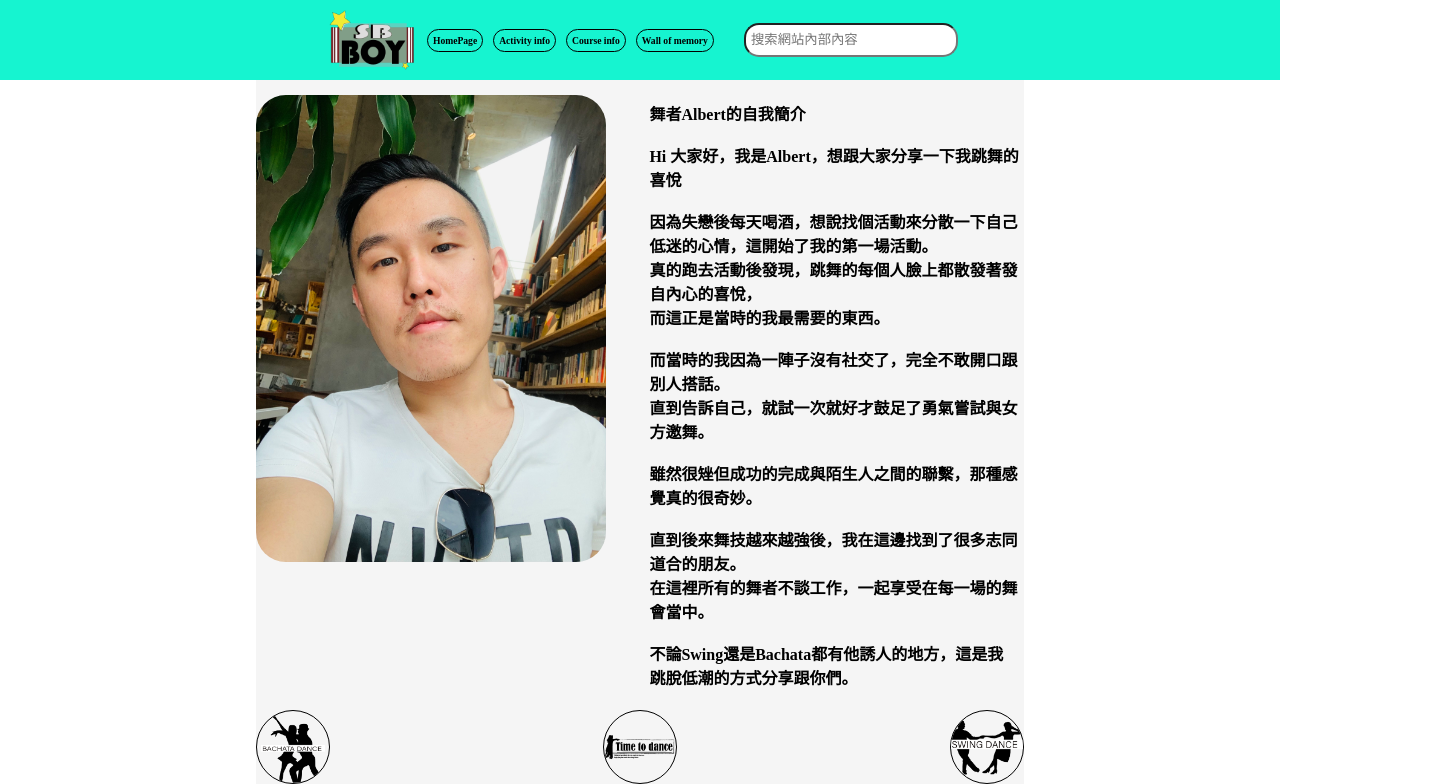
Repository: AlbertKoii/0718_Learning_Javascript
Page: aboutme/aboutme_try.html
These files come from the project's save history. The page is drawn as it stood at one moment and after the next save; the edit follows.
The browser window is 1280 px wide. The page is 1280 px wide, then 1452 px, so the pictures cover 1452 px, including what lies to the right of the window. The pictures show the whole page.

Above is the page before, as saved 2023-07-26 13:43:02.
Not found: aboutme/script.js

### aboutme/aboutme_try.html
<!DOCTYPE html>
<html lang="en">
<head>
    <meta charset="UTF-8">
    <meta name="viewport" content="width=device-width, initial-scale=1.0">
    <link rel="stylesheet" href="aboutme.try.css">
    <title>About me</title>
</head>
<body>
    <!-- 第一層 -->
    <div class="search-bar">
        <img class="logo" src="../img/logo.png" alt="圖片">
        <div class="links">
            <a class="link" href="../index.html">HomePage</a>
            <a class="link" href="./Activity info/ActivityInfo.html">Activity info</a>
            <a class="link" href="./CourseInfo/Courseinfo.html">Course info</a>
            <a class="link" href="./WallOfMemory.html/WallOfMemory.html">Wall of memory</a>
        </div>
        <div class="search">
            <input type="text" placeholder="搜索網站內部內容">
        </div>
    </div>

    <!-- 第二層 -->
    <div class="content">
        <div class="left">
            <img src="../img/Myhead.jpg" alt="個人照片">
        </div>
        <div class="right">
            <p style="font-size: 16px"><b>舞者Albert的自我簡介</b><b>
            <br><br>
            Hi 大家好，我是Albert，想跟大家分享一下我跳舞的喜悅<br>
            <br>
            因為失戀後每天喝酒，想說找個活動來分散一下自己低迷的心情，這開始了我的第一場活動。<br>
            真的跑去活動後發現，跳舞的每個人臉上都散發著發自內心的喜悅，<br>
            而這正是當時的我最需要的東西。<br>
            <br>
            而當時的我因為一陣子沒有社交了，完全不敢開口跟別人搭話。<br>
            直到告訴自己，就試一次就好才鼓足了勇氣嘗試與女方邀舞。<br>
            <br>
            雖然很矬但成功的完成與陌生人之間的聯繫，那種感覺真的很奇妙。<br>
            <br>
            直到後來舞技越來越強後，我在這邊找到了很多志同道合的朋友。<br>
            在這裡所有的舞者不談工作，一起享受在每一場的舞會當中。<br>
            <br>
            不論Swing還是Bachata都有他誘人的地方，這是我跳脫低潮的方式分享跟你們。</b>
            </p>
        </div>
    </div>

    <!-- 第三層 -->
    <div class="Icon">
        <img src="../img/BachataDanceIcon.png" alt="圖片1">
        <img src="../img/DanceIcon_01.png" alt="圖片2">
        <img src="../img/SwingDanceIcon.png" alt="圖片3">
    </div>

    <script src="script.js" defer></script>
</body>
</html>

### aboutme/aboutme.try.css
*{
    position: relative;
    font-family: 微軟正黑體;
}

html, body{
    padding: 0px;
    margin: 0px;

}
/* 第一層樣式 */
.search-bar {
    display: flex;
    align-items: center;
    justify-content:center;
    padding: 10px;
    text-overflow: ellipsis;
    background-color: #16F4D0;
}

.search-bar input {
    width: 200px;
    height: 3vh;
    padding: 5px;
    position: relative;
}
.logo{
    width: 100px;
}
.links {
    font-size: .6em;
    display: flex;
    white-space: nowrap;
}

.link {
    margin: 0 5px;
    padding: 5px;
    cursor: pointer;
    border-radius: 15px;
    border: solid .4px black;
    text-decoration: none;
    color: black;
    font-weight:700
}

.search{
    margin-left: 2%;
}

.search input{
    border-radius: 15px;
    height: 20px;
}
/* 第二層樣式 */
.content {
    display: flex;
    background-color: #f5f5f5;
    text-overflow: ellipsis;
    margin-left:20%;
    margin-right: 20%;
}
.left{
    width: 350px;
    height: auto;
}

.left img {
    width: 350px;
    margin-top: 15px;
    height: auto;
    border-radius: 30px;
}
.right {
    width:fit-content;
    margin-left: 5%;

    }
.right p{
    min-width: 796xp
    border: 1px solid black;
    border-radius: 15px;
    padding: 5px;
}


/* 第三層樣式 */
.Icon {
    display: flex;
    margin-left:20%;
    margin-right: 20%;
    justify-content: space-between;
    background-color: #f5f5f5;
}
.Icon img{
    height: 10vh;
    width: auto;
    padding: auto;
    border: 1px solid black;
    border-radius: 100%;
}

After the next save:
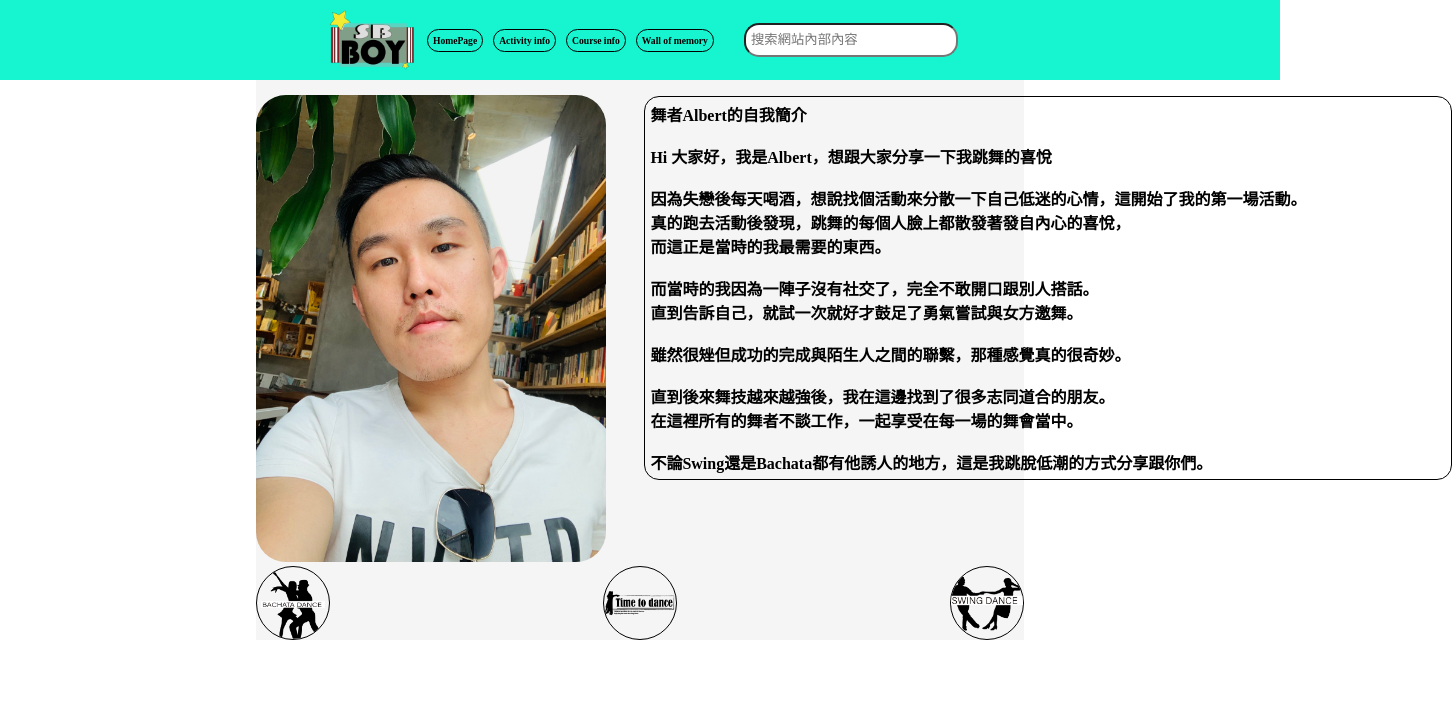
Saved 4 s later.
--- a/aboutme/aboutme.try.css
+++ b/aboutme/aboutme.try.css
@@ -77,7 +77,7 @@ html, body{
 
     }
 .right p{
-    min-width: 796xp
+    min-width: 796px;
     border: 1px solid black;
     border-radius: 15px;
     padding: 5px;
